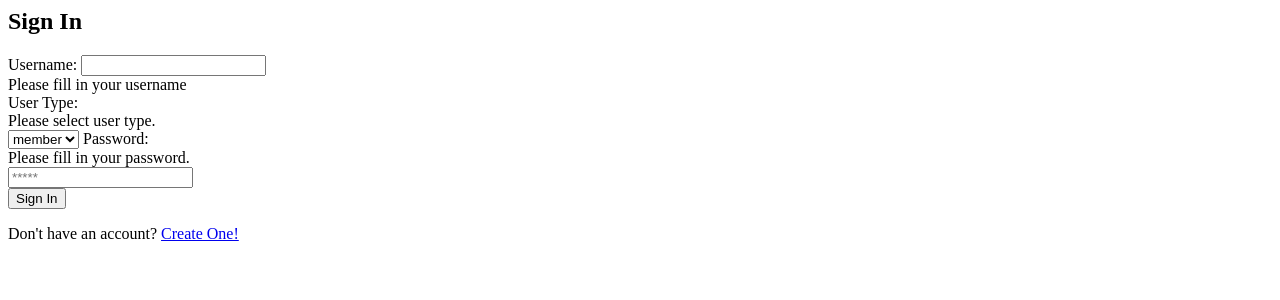
Repository: MikeMoore55/TheLibrary
Page: http://localhost/src/public/pages/sign-in.page.php
These files come from the project's save history. The page is drawn as it stood at one moment and after the next save; the edit follows.
The browser window is 1280 px wide. The pictures show the whole page.
The page is run by PHP 8.4 with error messages shown; the project is at /var/www/html/.

Above is the page before, as saved 2022-07-07 13:01:59.

After the next save:
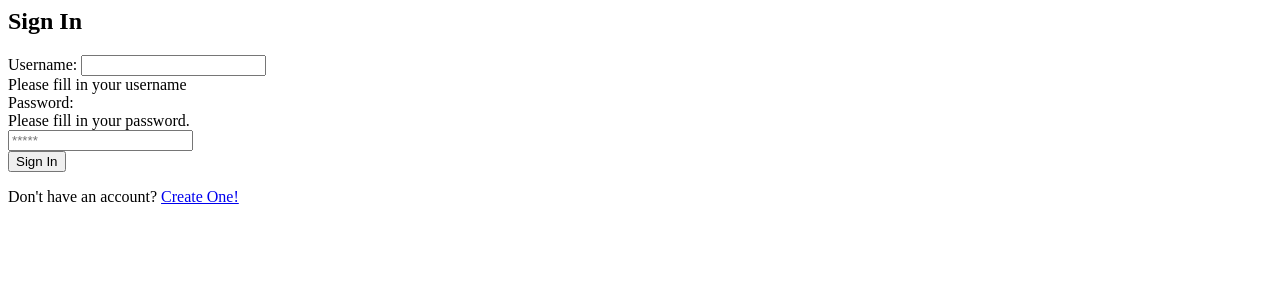
Saved 26 s later.
--- a/src/public/pages/sign-in.page.php
+++ b/src/public/pages/sign-in.page.php
@@ -11,16 +11,6 @@
             Please fill in your username
         </div>
         <label for="exampleFormControlInput2" class="form-label">
-            User Type:
-        </label>
-        <div class="invalid-feedback">
-            Please select user type.
-        </div>
-        <select class="form-select" aria-label="Default select example" name="userType">
-            <option>member</option>
-            <option>librarian</option>
-        </select>
-        <label for="exampleFormControlInput2" class="form-label">
             Password:
         </label>
         <div class="invalid-feedback">
